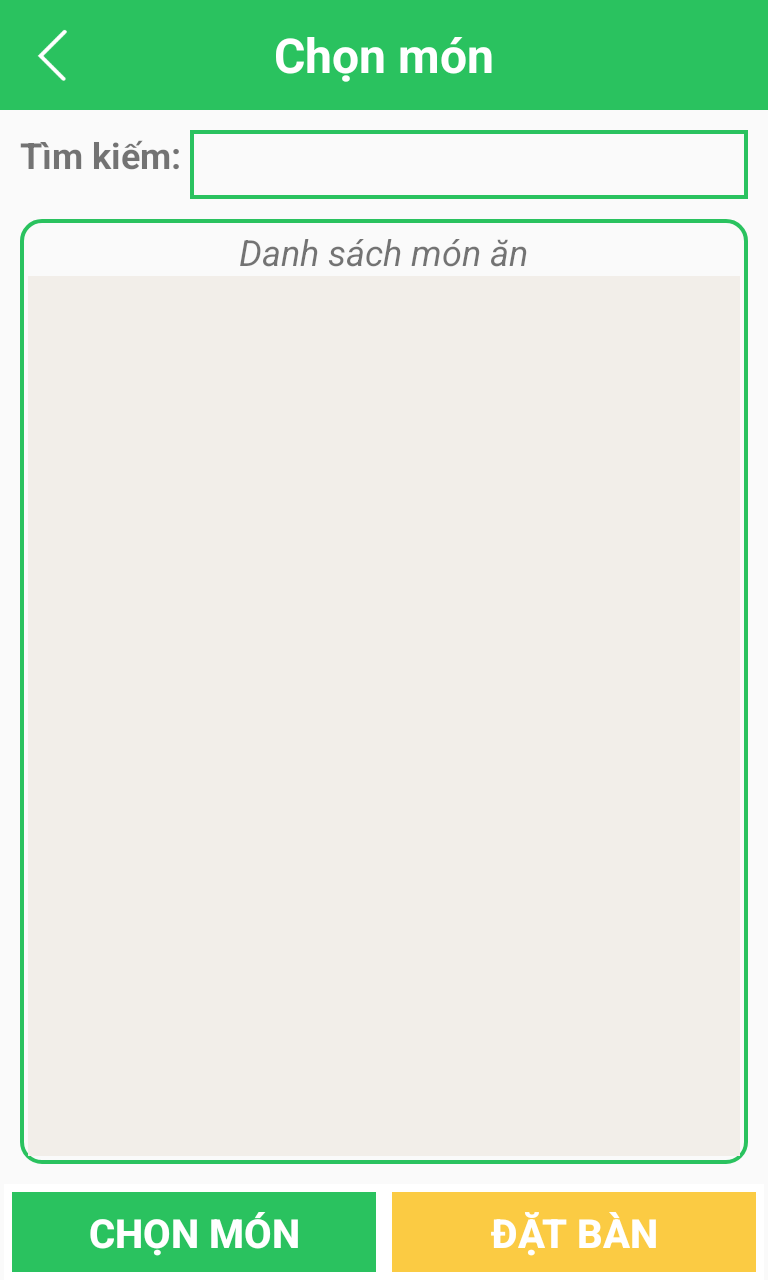
Repository: yenthanh132/Intelresment_AndroidClientApp
Layout: Intelresment/res/layout/activity_order.xml
An editor plug-in stored every save of this project. The layout is shown before and after the next save, followed by the edit.
It is drawn on a 768 x 1280 px phone screen (xhdpi) without system bars, with theme AppTheme; the app's code is not run. Lists and similar views that code fills are empty.

Above is the layout before, as saved 2014-12-27 07:53:27.

### Intelresment/res/layout/activity_order.xml
<?xml version="1.0" encoding="utf-8"?>
<RelativeLayout xmlns:android="http://schemas.android.com/apk/res/android"
    android:layout_width="match_parent"
    android:layout_height="match_parent" >

    <RelativeLayout
        android:id="@+id/header"
        android:layout_width="match_parent"
        android:layout_height="wrap_content"
        android:background="#2AC25F"
        android:padding="10dp" >

        <ImageButton
            android:id="@+id/btnBack"
            android:layout_width="35dp"
            android:layout_height="35dp"
            android:background="@drawable/transparent_button"
            android:scaleType="fitXY"
            android:src="@drawable/back" />

        <TextView
            android:id="@+id/tvLabel1"
            android:layout_width="wrap_content"
            android:layout_height="wrap_content"
            android:layout_centerInParent="true"
            android:text="Chọn món"
            android:textColor="#fff"
            android:textSize="24sp"
            android:textStyle="bold" />
    </RelativeLayout>

    <RelativeLayout
        android:id="@+id/panelDetail"
        android:layout_width="match_parent"
        android:layout_height="wrap_content"
        android:layout_above="@+id/panelButton"
        android:layout_below="@+id/header"
        android:padding="10dp" >

        <TextView
            android:id="@+id/tvLabel2"
            android:layout_width="wrap_content"
            android:layout_height="wrap_content"
            android:text="Tìm kiếm: "
            android:textSize="18sp"
            android:textStyle="bold" />

        <EditText
            android:id="@+id/txtabc"
            android:layout_width="match_parent"
            android:layout_height="wrap_content"
            android:layout_toRightOf="@+id/tvLabel2"
            android:background="@drawable/edittext_border" />

        <RelativeLayout
            android:id="@+id/panelFood"
            android:layout_width="match_parent"
            android:layout_height="wrap_content"
            android:layout_below="@+id/tvLabel2"
            android:layout_marginTop="20dp"
            android:background="@drawable/oval_rectangle"
            android:padding="4dp" >

            <TextView
                android:id="@+id/tvLabel3"
                android:layout_width="wrap_content"
                android:layout_height="wrap_content"
                android:layout_centerHorizontal="true"
                android:text="Danh sách món ăn"
                android:textSize="18sp"
                android:textStyle="italic" />

            <GridView
                android:id="@+id/gvFood"
                android:layout_width="match_parent"
                android:layout_height="match_parent"
                android:layout_below="@+id/tvLabel3"
                android:background="#F2EEE9" >
            </GridView>
        </RelativeLayout>
    </RelativeLayout>

    <LinearLayout
        android:id="@+id/panelButton"
        android:layout_width="match_parent"
        android:layout_height="wrap_content"
        android:layout_alignParentBottom="true"
        android:paddingLeft="2dp"
        android:paddingRight="2dp"
        android:weightSum="2" >

        <Button
            android:id="@+id/btnChooseFood"
            android:layout_width="match_parent"
            android:layout_height="wrap_content"
            android:layout_weight="1"
            android:background="@drawable/green_button"
            android:padding="10dp"
            android:text="Chọn món"
            android:textColor="#fff"
            android:textSize="20sp"
            android:textStyle="bold" />

        <Button
            android:id="@+id/btnOrder"
            android:layout_width="match_parent"
            android:layout_height="wrap_content"
            android:layout_weight="1"
            android:background="@drawable/orange_button"
            android:padding="10dp"
            android:text="Đặt bàn"
            android:textColor="#fff"
            android:textSize="20sp"
            android:textStyle="bold" />
    </LinearLayout>

</RelativeLayout>

### Intelresment/res/drawable/transparent_button.xml
<?xml version="1.0" encoding="utf-8"?>
<selector xmlns:android="http://schemas.android.com/apk/res/android">

    <item android:state_pressed="true"><shape>
            <solid android:color="#0E9174" />
        </shape></item>
    <item><shape>
            <solid android:color="#00000000" />
        </shape></item>

</selector>

### Intelresment/res/drawable/edittext_border.xml
<?xml version="1.0" encoding="utf-8"?>
<selector xmlns:android="http://schemas.android.com/apk/res/android">

    <item android:drawable="@drawable/edittext_drawable" android:state_pressed="true"/>
    <!-- pressed -->
    <item android:drawable="@drawable/edittext_drawable" android:state_focused="true"/>
    <!-- focused -->
    <item android:drawable="@drawable/edittext_drawable"/>
    <!-- default -->

</selector>

### Intelresment/res/drawable/oval_rectangle.xml
<?xml version="1.0" encoding="utf-8"?>
<shape xmlns:android="http://schemas.android.com/apk/res/android" >

    <corners android:radius="10dp" />

    <stroke
        android:width="2dp"
        android:color="#2AC25F" />

</shape>

### Intelresment/res/drawable/green_button.xml
<?xml version="1.0" encoding="utf-8"?>
<selector xmlns:android="http://schemas.android.com/apk/res/android">

    <item android:state_pressed="true"><shape>
            <solid android:color="#0E9174" />

            <stroke android:width="4dp" android:color="#fff" />

            <padding android:bottom="10dp" android:left="10dp" android:right="10dp" android:top="10dp" />
        </shape></item>
    <item><shape>
            <solid android:color="#2AC25F" />

            <stroke android:width="4dp" android:color="#fff" />


        </shape></item>

</selector>

### Intelresment/res/drawable/orange_button.xml
<?xml version="1.0" encoding="utf-8"?>
<selector xmlns:android="http://schemas.android.com/apk/res/android">

    <item android:state_pressed="true"><shape>
            <solid android:color="#0E9174" />

            <stroke android:width="4dp" android:color="#fff" />

            <padding android:bottom="10dp" android:left="10dp" android:right="10dp" android:top="10dp" />
        </shape></item>
    <item><shape>
            <solid android:color="#FBCB43" />

            <stroke android:width="4dp" android:color="#fff" />


        </shape></item>

</selector>

### Intelresment/res/drawable/edittext_drawable.xml
<?xml version="1.0" encoding="utf-8"?>
<shape xmlns:android="http://schemas.android.com/apk/res/android"
    android:shape="rectangle" >

    <solid android:color="#00000000" />

    <stroke
        android:width="2dp"
        android:color="#2AC25F" />

    <padding
        android:bottom="5dp"
        android:left="5dp"
        android:right="5dp"
        android:top="5dp" />

</shape>

Loaded but not shown: Intelresment/res/values/styles.xml (common file); Intelresment/res/values-v11/styles.xml (common file); Intelresment/res/values-v14/styles.xml (common file)

After the next save:
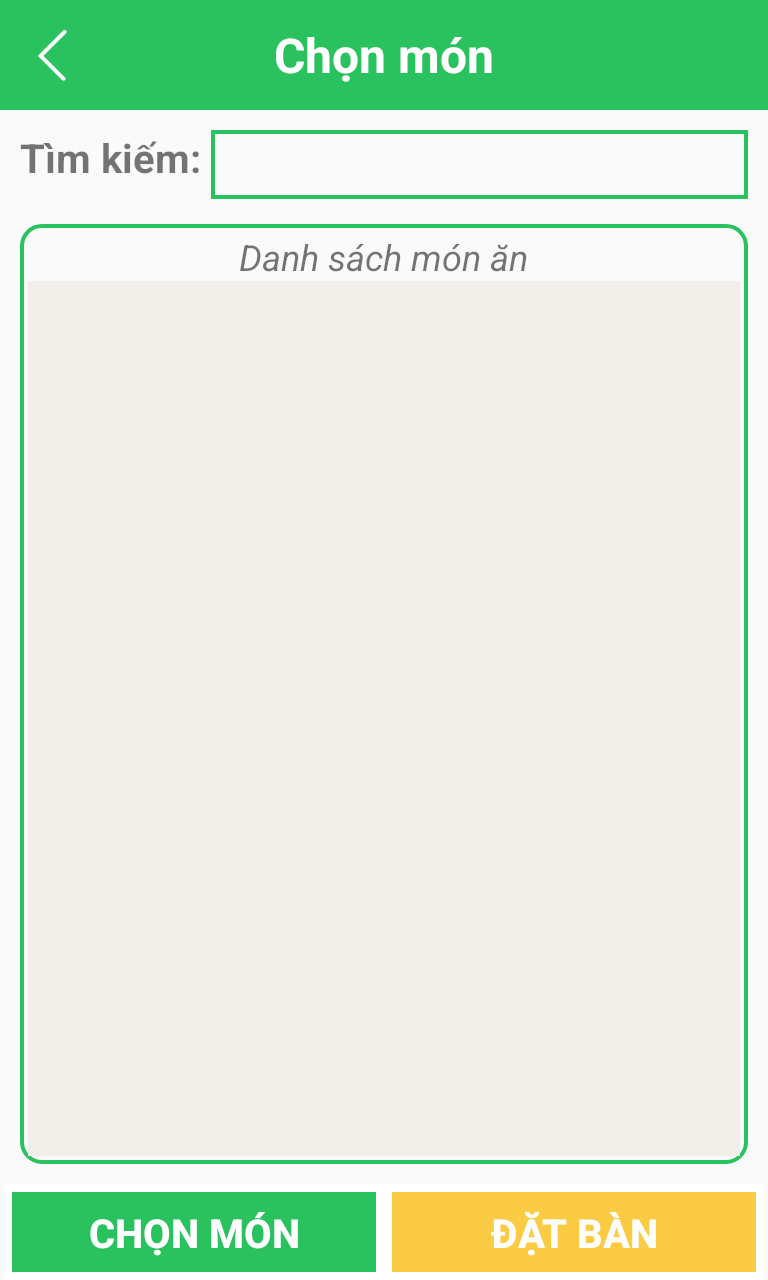
Saved 18 s later.
--- a/Intelresment/res/layout/activity_order.xml
+++ b/Intelresment/res/layout/activity_order.xml
@@ -42,7 +42,7 @@
             android:layout_width="wrap_content"
             android:layout_height="wrap_content"
             android:text="Tìm kiếm: "
-            android:textSize="18sp"
+            android:textSize="20sp"
             android:textStyle="bold" />
 
         <EditText
